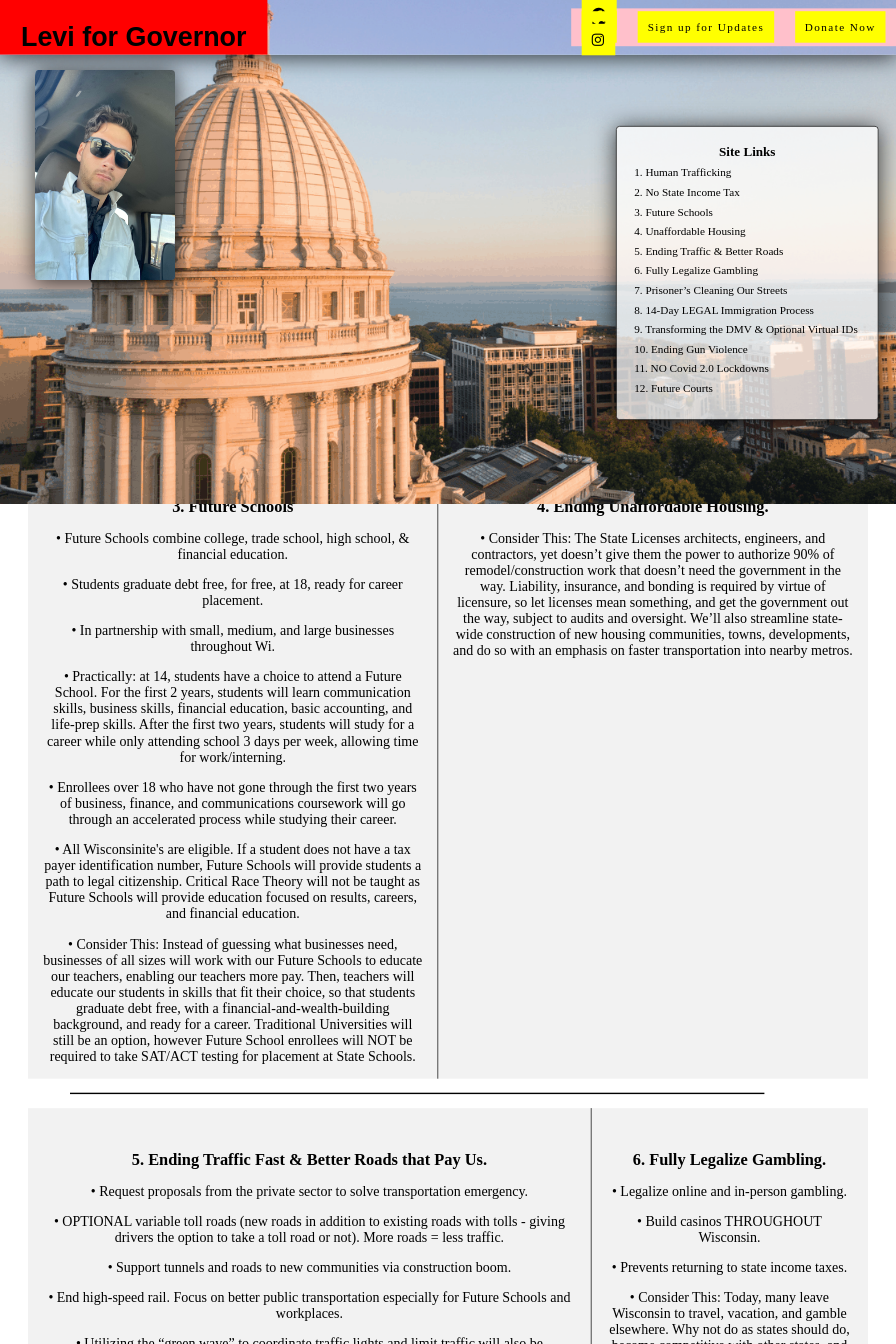
Repository: LeviCB/LeviCB.github.io
Page: index.html
The author's editor kept a record of every edit. The page is drawn from the files as they stood at one moment, then again after the next edit.
The browser window is 1280 px wide. The pictures show the part of the page from y = 0 to 1920 px (the page is 3981 px tall), at 70% of full size.
Some web fonts or font styles are not loaded; a fallback is used. Some web libraries are served in a nearby version.

Above is the page before.
Console error: SyntaxError: Identifier 'head' has already been declared

### index.html
<!DOCTYPE html>
<html>

<head id="head">

  <link type="text/css" rel="stylesheet" href="assets/css/style.css"/>
  <link type="text/css" rel="stylesheet" href="assets/css/body_style.css"/>

  <script src="https://use.fontawesome.com/95e29540f7.js"></script>
  <script src="https://kit.fontawesome.com/76e8df320e.js" crossorigin="anonymous"></script>
</head>

<body id="main">
  <div class="scrollTop" onclick="scrollToTop()"></div>
  <header id="header">
    <a href="" class="logo"><strong>Levi for Governor</strong></a>
    <ul id="list">
      <div id="social">
         <li><a href="#"><i class="fab fa-facebook fa-lg"></i></a></li>
         <li><a href="#"><i class="fab fa-twitter fa-lg"></i></a></li>
         <li><a href="#"><i class="fab fa-instagram fa-lg"></i></a></li>
      </div>
      <li><a href="">Sign up for Updates</a></li>
      <li><a href="">Donate Now</a></li>
    </ul>
    </div>
  </header>
  <section class="banner" url="/assets/images/wisconsin_capital.png"></section>
  <div id="my-image">
    <img id="my-main-img" src="assets/images/main_image.JPG" alt="Main Image of Levi Borntreger">
  </div>
  <div id="hyper-links">
    <h3>Site Links</h3>
    <a href="#1. Human Trafficking">1. Human Trafficking</a>
    <a href="#2. No State Income Tax">2. No State Income Tax</a>
    <a href="#3. Future Schools">3. Future Schools</a>
    <a href="#4. Unaffordable Housing">4. Unaffordable Housing</a>
    <a href="#5. Ending Traffic & Better Roads">5. Ending Traffic & Better Roads</a>
    <a href="#6. Fully Legalize Gambling">6. Fully Legalize Gambling</a>
    <a href="#7. Prisoner’s Cleaning Our Streets">7. Prisoner’s Cleaning Our Streets</a>
    <a href="#8. 14-Day LEGAL Immigration Process">8. 14-Day LEGAL Immigration Process</a>
    <a href="#9. Transforming the DMV & Optional Virtual IDs">9. Transforming the DMV & Optional Virtual IDs</a>
    <a href="#10. Ending Gun Violence">10. Ending Gun Violence</a>
    <a href="#11. NO Covid 2.0 Lockdowns">11. NO Covid 2.0 Lockdowns</a>
    <a href="#12. Future Courts">12. Future Courts</a>
  </div>
  </div>
  <content>
    <div id="content-all">
      <div id="content-wrapper">
        <a name="1. Human Trafficking"></a>
        <a name="2. No State Income Tax"></a>
        <hr style="height: 2px; width: 80%; border: none; background-color: black;">
        <section id="content-text">
          <article id="content">
            <h3>1. Human Trafficking</h3>
            <p>I Promise to all of you that in my first 30 days in office to get a plan put together and in motion to stop human trafficking for good. There's absolutely no reason that today in our society, that any of this is going on, it's a disgrace to humanity.</p>
          </article>
          <hr style="width: 1px; border: none; background-color: black;">
          <article id="content">
            <h3>2. No State Income Tax on the first $200,000 of Income.</h3>
            <h5>Problem</h5>
            <p>Wisconsin's taxes are too high and too much goes to wasteful spending. This leads people to leave Wisconsin to pay lower or no taxes elsewhere and leads to fewer supporters of our Wisconsin businesses.</p>
            <h5>Solution</h5>
            <p> • Removes the Wi State Income Tax on the first $250,000 earned.</p>
            <p>• No Wisconsin tax return required.</p>
            <p>• An approximately 5% flat tax on incomes over $200,000.</p>
            <p>• An INSTANT pay raise for all workers and investors.</p>
            <p>• Funded by streamlining / reducing regulation and red tape throughout Wisconsin. Additionally: legalizing Gambling, Massive Growth, Future School consolidation, & Ending OVERPAYING for services. Private sector can build tunnels at $10 million per mile. ALL Wi projects, in the future, will have 100% public transparency, where we publicly & transparently weigh quality and cost. This ends crony capitalism (backroom deals) and corruption.</p>
          </article>
        </section>
        <a name="3. Future Schools"></a>
        <a name="4. Unaffordable Housing"></a>
        <hr style="height: 2px; width: 80%; border: none; background-color: black;">
        <section id="content-text">
          <article id="content">
            <h3>3. Future Schools</h3>
            <p>• Future Schools combine college, trade school, high school, & financial education.</p>
            <p>• Students graduate debt free, for free, at 18, ready for career placement.</p>
            <p>• In partnership with small, medium, and large businesses throughout Wi.</p>
            <p>• Practically: at 14, students have a choice to attend a Future School. For the first 2 years, students will learn communication skills, business skills, financial education, basic accounting, and life-prep skills. After the first two years, students will study for a career while only attending school 3 days per week, allowing time for work/interning.</p>
            <p>• Enrollees over 18 who have not gone through the first two years of business, finance, and communications coursework will go through an accelerated process while studying their career.</p>
            <p> • All Wisconsinite's are eligible. If a student does not have a tax payer identification number, Future Schools will provide students a path to legal citizenship. Critical Race Theory will not be taught as Future Schools will provide education focused on results, careers, and financial education.</p>
            <p>• Consider This: Instead of guessing what businesses need, businesses of all sizes will work with our Future Schools to educate our teachers, enabling our teachers more pay. Then, teachers will educate our students in skills that fit their choice, so that students graduate debt free, with a financial-and-wealth-building background, and ready for a career. Traditional Universities will still be an option, however Future School enrollees will NOT be required to take SAT/ACT testing for placement at State Schools.</p>
          </article>
          <hr style="width: 1px; border: none; background-color: black;">
          <article id="content">
            <h3>4. Ending Unaffordable Housing.</h3>
            <p>• Consider This: The State Licenses architects, engineers, and contractors, yet doesn’t give them the power to authorize 90% of remodel/construction work that doesn’t need the government in the way. Liability, insurance, and bonding is required by virtue of licensure, so let licenses mean something, and get the government out the way, subject to audits and oversight. We’ll also streamline state-wide construction of new housing communities, towns, developments, and do so with an emphasis on faster transportation into nearby metros.</p>
          </article>
        </section>
        <a name="5. Ending Traffic & Better Roads"></a>
        <a name="6. Fully Legalize Gambling"></a>
        <hr style="height: 2px; width: 80%; border: none; background-color: black;">
        <section id="content-text">
          <article id="content">
            <h3>5. Ending Traffic Fast & Better Roads that Pay Us.</h3>
            <p>• Request proposals from the private sector to solve transportation emergency.</p>
            <p>• OPTIONAL variable toll roads (new roads in addition to existing roads with tolls - giving drivers the option to take a toll road or not). More roads = less traffic.</p>
            <p>• Support tunnels and roads to new communities via construction boom.</p>
            <p>• End high-speed rail. Focus on better public transportation especially for Future Schools and workplaces.</p>
            <p>• Utilizing the “green wave” to coordinate traffic lights and limit traffic will also be implementing.</p>
            <p>• Consider This: The private sector is prepared to help solve Wisconsin’s transportation issues. The problem? The Governor is in the way. Cities and counties don’t want traffic; it hurts them. As Governor, Levi will request public proposals from private companies who will compete against each other for opportunities to fix our transportation nightmare. This might include logical changes to speed limits, lane efficiency, and enhancements to our building processes that enable faster solutions, such as multiple private partnerships providing tunnels throughout the same, where traffic is worst.</p>
          </article>
          <hr style="width: 1px; border: none; background-color: black;">
          <article id="content">
            <h3>6. Fully Legalize Gambling.</h3>
            <p>• Legalize online and in-person gambling.</p>
            <p>• Build casinos THROUGHOUT Wisconsin.</p>
            <p>• Prevents returning to state income taxes.</p>
            <p>• Consider This: Today, many leave Wisconsin to travel, vacation, and gamble elsewhere. Why not do as states should do, become competitive with other states, and provide Wisconsinites and Americans an opportunity to enjoy gambling IN Wisconsin. We welcome Everyone.</p>
          </article>
        </section>
        <a name="7. Prisoner’s Cleaning Our Streets"></a>
        <a name="8. 14-Day LEGAL Immigration Process"></a>
        <hr style="height: 2px; width: 80%; border: none; background-color: black;">
        <section id="content-text">
          <article id="content">
            <h3>7. Prisoner’s Cleaning Our Streets.</h3>
            <p>• Focus on community policing and reintegrating trust with law enforcement and communities.</p>
            <p>• Non-violent inmates in jails/prisons will work community service in neighborhoods they committed crimes in under group supervision. Selected, non-violent inmates who agree to clean our streets will be eligible to go stay at home with family, reducing jail costs, while being monitored to ensure attendance and fulfillment of sentence. Wisconsin has over 23,000 prisoner's and spends over $30,000 per prisoner per year on housing Prisoners. This is backwards. Prisoners should contribute to our society, society shouldn’t contribute to them.</p>
            <p>• Inmates will clean our streets, roads, towns/cities, and remove graffiti.</p>
            <p>• Option to attend Future Schools to prevent recidivism.</p>
            <p>• Focus on training, social support, and community, with a focus on growth. For example, restrictive alcohol enforcement on businesses cripples business.</p>
          </article>
          <hr style="width: 1px; border: none; background-color: black;">
          <article id="content">
            <h3>8. 14-Day LEGAL Immigration Process.</h3>
            <p>• Wisconsin will establish a process for fast-tracked LEGAL immigration. Our “illegal” immigration crisis is a result of a HORRIBLE, out-dated, and criminalizing immigration disaster. A 14-day legal immigration process helps us attract not just refugees, but also qualified immigrants who can support and contribute to our economy. Legal immigration does not cost Wisconsin jobs, it expands our economy and grows our revenues. Consider this: A CPA who moves to Wisconsin from Brazil, who agrees not to accept any social-welfare programs, needs a dentist, doctor, grocery store, taxi driver, retail stores, and more. For each person who legally immigrants to Wisconsin, we expect economic growth for 10+ Wisconsinite's.</p>
            <p>• Every mid to low income Immigrant will need to have a job lined up. They will get a temporary 2 year Citizenship and will have to attend a future school on the side to learn English etc. If they still have a job and no criminal activities they will be granted full Citizenship.</p>
            <p>Additionally and on Manufacturing:</p>
            <p>• Wisconsin will also partner with companies providing access to Future Schools.</p>
            <p>• This allows companies to train students prior to graduating Future Schools, making them career ready at 18.</p>
          </article>
        </section>
        <a name="9. Transforming the DMV & Optional Virtual IDs"></a>
        <a name="10. Ending Gun Violence"></a>
        <hr style="height: 2px; width: 80%; border: none; background-color: black;">
        <section id="content-text">
          <article id="content">
            <h3>9. Transforming the DMV & Optional Virtual IDs.</h3>
            <p>• Virtual IDs and Registrations w/ QR coded downloads. Virtual IDs would be OPTIONAL - so printed QR or full-versions would still be available on an OPT-IN basis (default being virtual, but for those desiring physical, the option would be available).</p>
            <p>• Privatizing license plates, driver tests, and vision tests.</p>
            <p>• Speed cameras & virtual tickets; less traffic stops via officer virtual traffic stops & ticketing.</p>
            <p>• Instant options to dispute or pay tickets via a new Wisconsin App.</p>
          </article>
          <hr style="width: 1px; border: none; background-color: black;">
          <article id="content">
            <h3>10. Ending Gun Violence.</h3>
            <p> • Wisconsin should focus less on restrictions for legal weapon owners, and instead focus more resources on weapon education, mental Health services, therapy access especially for those uninsured or underinsured, and teaching mental-wellness in our schools to prevent the stigmatization of mental-health illnesses in Wisconsin.</p>
            <p>• Those who are trained and background checked SHALL have more rights in Wisconsin. We’re moving towards MORE rights and freedoms in Wisconsin, not less.</p>
            <p>• Tiered licenses for individuals with weapons training.</p>
            <p>• Granting more privileges like concealed carry to more folks who are trained and background checked. This would be the first expansion of Gun Rights Wisconsin has seen in decades.</p>
          </article>
        </section>
        <a name="11. NO Covid 2.0 Lockdowns"></a>
        <a name="12. Future Courts"></a>
        <hr style="height: 2px; width: 80%; border: none; background-color: black;">
        <section id="content-text">
          <article id="content">
            <h3>11. NO Covid 2.0 Lockdowns.</h3>
            <h4>Covid:</h4>
            <p>Vaccines are a choice. Masks are a choice. Businesses shall have the right to remain OPEN — however, reasonable “HEPA-filtration” and ventilation requirements may be an option, but we will NOT have lockdowns again.</p>
          </article>
          <hr style="width: 1px; border: none; background-color: black;">
          <article id="content">
            <h3>12. Future Courts.</h3>
            <p>• Small claims limits raised to $100,000.</p>
            <p>• New Small Claims Advisor Counsel license taught at Future Schools.</p>
            <p>• Speeding up the legal system by investing in our courts.</p>
          </article>
        </section>
      </div>
    </div>
  </content>
<foot>
  <div id="foot">
    <div id="address">
      <h3>Levi for Governor</h3>
      <h3>1712 Prima Lago Ter</h3>
      <h3>Lakeland, FL. 33810</h3>
    </div>
    <div id="contact">
      <h4>Contact Me</h4>
      <h3>715-660-6693</h3>
      <H3>LeviForGovernor@gmail.com</h3>
    </div>
  </div>
</foot>
<script type="text/javascript" src="assets/js/main.js"></script>
<script>
  /*start of header magic*/
const head = document.querySelector("#header");

window.onscroll = function () {
  var top = window.scrollY;
  if (top >= 5) {
    head.classList.add("active");
  } else {
    head.classList.remove("active");
  }
};
/*end of header magic*/

/*start of navtext color change on scroll*/
window.addEventListener("scroll", function() {
        var header = document.querySelector("header");
        header.classList.toggle("sticky", window.scrollY> 0);
      });
/*end of navtext color change on scroll*/

/*start of scrollTop*/
window.addEventListener('scroll', function(){
    var scroll = document.querySelector('.scrollTop');
    scroll.classList.toggle("active" , window.scrollY > 500)
  })

  function scrollToTop(){
    window.scrollTo({
      top: 0,
      behavior: 'smooth'
    })
  }
/*end of scrollTop*/
</script>
</body>
<footer id="footer">
  <div id="copyright">
    <h4>Paid for and Approved by Levi Borntreger for Governor</h4>
    <h4>Copyright 2021 — Levi for Governor. All rights reserved.</h4>
  </div>
</footer>

</html>

### assets/css/style.css
@import url('https://fonts.googleapis.com/css?family=Hammersmith+One');

/*
$desktop: 1200px;
$laptop: 1024px;
$tablet: 768px;
$phone: 480px;
*/

@media only screen and (max-width:1024px) and (min-width: 768px) {
  body {
    background-color:;
  }
  #hyper-links {
    background-color: blue;
  }
  #content-text {
    flex-direction: column;
  }
  #content-wrapper {
    display: flex;
    column-gap: 40px;
    flex-direction: column;
    flex-wrap: wrap;
    width: 100%;
  }
}
@media only screen and (max-width:768px) and (min-width: 480px) {
  body {
    background-color: pink;
  }
  #hyper-links {
    background-color: blue;
    box-shadow: 0 3px 2rem rgba(0,0,0,.75);
    width: 375px;
    height: 500px;
    position: absolute;
    padding: 50px;
    display: flex;
    border: 1px black solid;
    flex-direction: column;
    z-index: 1;
    left: 0px;
    top: 0px;
    bottom: 0px;
    right: 0px;
    margin: auto;
    margin-top: 60px;
    margin-right: 25px;
    border-radius: 5px;
}
  #content-wrapper {
    font-size: 5px;
  }
}
@media only screen and (max-device-width:480px) and (min-width:200px) {
  body {
  }
  header {
    height: 100px !important;
  }
  header ul li a {
    font-size: 22px !important;
    margin: 0 15px;
    padding-top: 10px;
}
  #my-image {
    margin-top: 150px !important;
  }
  #hyper-links {
    font-size: 30px;
    min-width: 575px;
    min-height: 950px;
}
  #hyper-links h3 {
    padding: 15px !important;
}
  #hyper-links a {
    padding: 15px !important;
    font-weight: 500px !important;
}
  .scrollTop {
  bottom: 150px !important;
  right: 75px !important;
  width: 85px !important;
  height: 85px !important;
  background-size: 60px !important;
}
  #content-wrapper {
    font-size: 30px !important;
  }
}
* {
  margin: 0px;
  padding: 0px;
  box-sizing: border-box;
}

body {
  min-height: 100vh;
}
#my-main-img {
  width: 200px;
  height: 300px;
  border-radius: 5px;
  box-shadow: 0 3px 2rem rgba(0,0,0,.75);
}
#my-image {
  position: absolute;
  z-index: 1;
  left: 0px;
  top: 0px;
  bottom: 0px;
  right: 0px;
  margin-top: 100px;
  margin-left: 50px;
}

/*start nav section*/
header {
  position: fixed;
  background: rgba(0, 0, 255, 0.1);
  box-shadow: 0 3px 2rem rgba(0,0,0,.75);
  width: 100%;
  display: flex;
  height: 78px;
  top: 0px;
  left: 0px;
  align-items: center;
  justify-content: space-between;
  z-index: 10;
}
header.sticky {
  color: white;
}
header.active {
  background-color: rgba(0,0,100,1.00);
  transition: 1.0s;
  box-shadow: 0 3px 2rem rgba(0,0,0,.75);
  height: 4.0rem;
}
header .logo {
  background-color: red;
  position: relative;
  width: auto;
  height: 78px;
  padding: 30px;
  font-size: 3vw;
  color: black;
  text-decoration: none;
  font-family: "Hammersmith One", sans-serif;
  transition: 0.6s;
}
header ul {
  background-color: pink;
  position: relative;
  display: flex;
  padding: inherit;
  margin-right: 0px;
  justify-content: center;
  align-items: center;
}
header ul li {
  position: relative;
  list-style: none;
}
header ul li a {
  background-color: yellow;
  position: relative;
  margin: 0 15px;
  padding: 14px;
  text-decoration: none;
  color: black;
  letter-spacing: 2px;
  font-weight: 500px;
  transition: 0.6s;
}
header.sticky .logo,
header.sticky ul li a {
  color: white;
}
header.sticky ul li a:hover {
  background: rgba(0,0,145,1.00);
  border: 1.5px white solid;
  padding: 10px;
  border-radius: 10px;
}
header ul li a:hover {
  background: rgba(0,0,100,1.00);
  color: white;
  padding: 10px;
  border-radius: 10px;
}
/*end nav section*/
.scrollTop {
  position: fixed;
  bottom: 800px;
  right: 40px;
  width: 60px;
  height: 60px;
  background: #fff url(/assets/images/arrow-up-blue.jpg);
  border-radius: 50%;
  background-size: 40px;
  background-position: center;
  background-repeat: no-repeat;
  cursor: pointer;
  z-index: 10000;
  visibilty: hidden;
  opacity: 0;
  transition: 0.5s;
}
.scrollTop.active {
  visibilty: visibilty;
  opacity: 1;
  bottom: 40px;
  border: 1px black solid;
}
#hyper-links {
  background-color: rgba(255, 255, 255, .75);
  box-shadow: 0 3px 2rem rgba(0,0,0,.75);
  width: 375px;
  max-height: 420px;
  position: absolute;
  padding: 20px;
  display: flex;
  border: 1px black solid;
  flex-direction: column;
  z-index: 1;
  left: 0px;
  top: 60px;
  bottom: 0px;
  right: 0px;
  margin: auto;
  margin-top: px;
  margin-right: 25px;
  border-radius: 5px;
}
#hyper-links h3 {
  padding: 5px;
  margin: 0px;
  text-align: center;
}
#hyper-links a {
  color: black;
  padding: 5px;
  text-decoration: none;
}
#hyper-links a:hover {
  color: white;
  border: 1px solid black;
  background-color: rgba(0, 0, 0, .50);
}
#content h3 {
  color: black;
  padding-top: 60px;
}
#content-all {
  margin: 0px;
  padding: 20px;
}
#content-wrapper {
  font-size: 20px;
  display: flex;
  column-gap: 40px;
  flex-direction: row;
  flex-wrap: wrap;
  width: 100%;
}
#content-text {
  padding: 20px;
  display: flex;
}
#content {
  background-color: rgba(0, 0, 0, .05);
  padding: 0px 20px 20px 20px;
  text-align: center;
}
#content p {
  padding-top: 20px;
}

#foot {
  background-color: rgba(0,0,100,1.00);
  box-shadow: 0 3px 2rem rgba(0,0,0,.75);
  display: flex;
  margin: 0px;
  padding: 0px;
  height: 150px;
  width: 100%;
  justify-content: space-around;
}
#foot #address {
  margin-top: 30px;
}
#foot #address H3{
  color: white;
  padding: 5px;
}
#foot #contact {
  margin-top: 30px;
}
#foot #contact H4,
#foot #contact H3{
  color: white;
  padding: 5px;
}
#footer {
  margin: 0px;
  padding: 0px;
  height: 75px;
  display: flex;
  background-color: rgba(0,0,100,1.00);
  border-top: 2px black solid;
  justify-content: center;
}
#footer #copyright {
}
#footer #copyright h4 {
  color: white;
  margin-top: 15px;
}

### assets/css/body_style.css
.banner {
  position: fixed;
  width: 100%;
  height: 100vh;
  background-image: url("/assets/images/wisconsin_capital.png");
  background-size: cover;
}

### assets/js/main.js
/*start of header magic*/
const head = document.querySelector("#header");

window.onscroll = function () {
  var top = window.scrollY;
  if (top >= 5) {
    head.classList.add("active");
  } else {
    head.classList.remove("active");
  }
};
/*end of header magic*/

/*start of navtext color change on scroll*/
window.addEventListener("scroll", function() {
        var header = document.querySelector("header");
        header.classList.toggle("sticky", window.scrollY> 0);
      });
/*end of navtext color change on scroll*/

/*start of scrollTop*/
window.addEventListener('scroll', function(){
    var scroll = document.querySelector('.scrollTop');
    scroll.classList.toggle("active" , window.scrollY > 500)
  })

  function scrollToTop(){
    window.scrollTo({
      top: 0,
      behavior: 'smooth'
    })
  }
/*end of scrollTop*/

After the next edit:
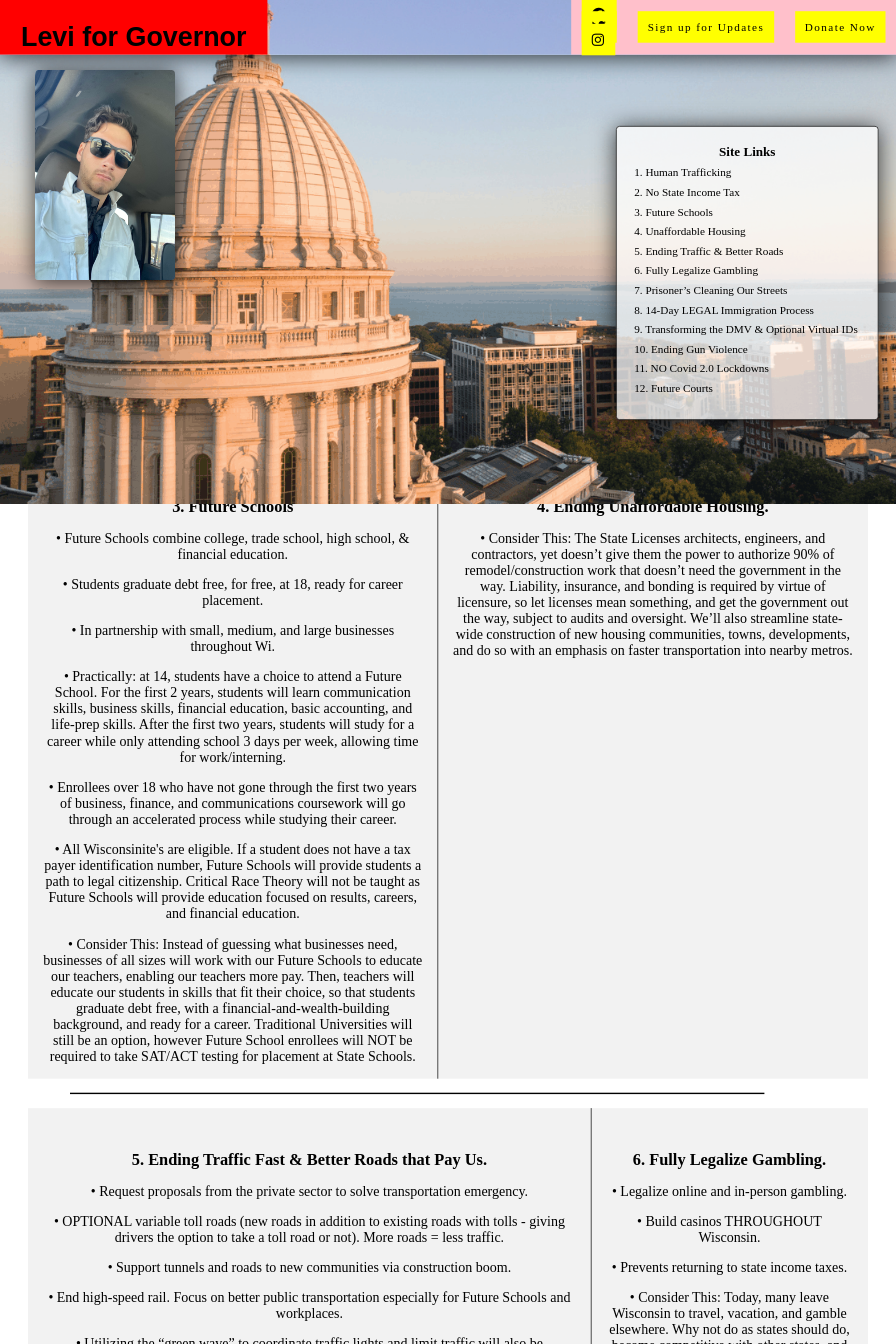
The edit:
--- a/assets/css/style.css
+++ b/assets/css/style.css
@@ -155,6 +155,7 @@
   background-color: pink;
   position: relative;
   display: flex;
+  height: 78px;
   padding: inherit;
   margin-right: 0px;
   justify-content: center;
